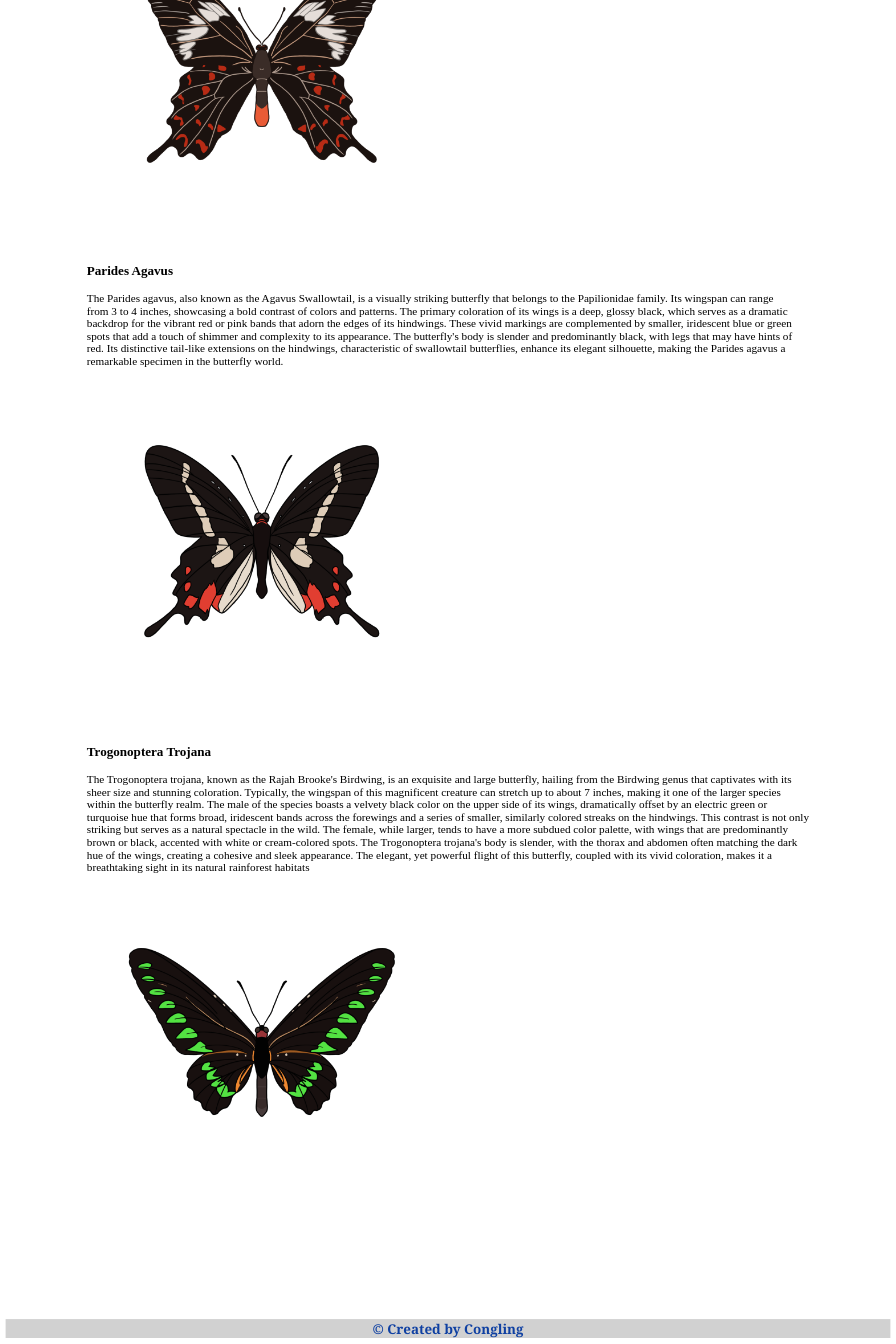
Repository: MeowCeline00/assessment-2
Page: /
These files come from the project's save history. The page is drawn as it stood at one moment and after the next save; the edit follows.
The browser window is 1280 px wide. The pictures show the part of the page from y = 3958 to 5878 px (the page is 5878 px tall), at 70% of full size.
The project was rebuilt for these pictures with package versions that can differ from the ones it lists, and the page was loaded fresh each time. The framework's server and built-in components were replaced by stand-ins that run in the browser. Also part of the build but not shown: next.config.mjs.

Above is the page before, as saved 2024-02-07 23:30:44.

### pages/index.js
import Head from "next/head";
import { useState } from "react";
import styles from "@/styles/Home.module.css";
import Header from "@/Components/Header";
import Footer from "@/Components/Footer";
import Contents from "@/Components/Contents";


export default function Home() {

  // Butterfly Patterns
  const classFilters = {
    //key : value
    1: 'Agrias Aedon Hewitson',
    2: 'Danaus Plexippus',
    4: 'Morpho Peleides',
    8: 'Ornithoptera Goliath',
    16: 'Pachliopta Hector',
    32: 'Parides Agavus',
    64: 'Trogonoptera Trojana'
  }

  const [input, setInput] = useState();
                                    // 3
                                    // 2 & 2 Remainder 1
                                    // 1 & 1 Remainder 0
                                    // 9
                                    // 8 & 8 Remainder 1
                                    // 1 & 1 Remainder 0
  const getClassStyle = flagValue => (input & flagValue) > 0 ? {backgroundColor: 'yellow'} : null;

  return (
    <>
      <Head>
        <title>General View of Butterfly Wing Patterns</title>
        <meta name="description" content="General View of Butterfly Wing Patterns" />
        <meta name="viewport" content="width=device-width, initial-scale=1" />
        <link rel="icon" href="/butt_favicon.ico" />
      </Head>
      <Header />
      <main className={`${styles.main}`}>
       <input
       id="input"
       type="text"
       placeholder='Bitmask Decimal'
       value={input}
       onChange={event => setInput(event.target.value)}
       />
       <table>
        <tbody>
          {
            Object.keys(classFilters).map(item => (
              <tr key={item} style={getClassStyle(item)}>
                <td>{item}</td>
                <td>{classFilters[item]}</td>
              </tr>
            ))
          }
        </tbody>
       </table>
       <Contents />
      </main>
      <Footer />
    </>
  );
}

### styles/globals.css
:root {
    --h1: rgb(15, 64, 162);
    --h2: rgb(203, 165, 27);
    --header-background: #d1d1d1;

}

### styles/Home.module.css
.main {
  display: flex;
  flex-direction: column;
  justify-content: space-between;
  align-items: center;
  padding: 6rem;
  min-height: 20vh;
}

### Components/Header/index.js
import Image from 'next/image';
import styles from './Header.module.css';

export default function Header() {
    return (
        <header className={styles.header}>
            <div className={styles.titleArea}>
                <h1> Colorful Butterflies</h1>
                <h2> A General Peek at Butterfly Wing Patterns</h2>
            </div>
            <div className={styles.logoArea}>
                <img src={"/logo.png"} alt="Butterfly Logo" width={350} />
            </div>
        </header>
    );
}

### Components/Footer/index.js
import styles from './Footer.module.css'


export default function Footer() {

    return(
        <footer className={styles.footer}>
            © Created by Congling
        </footer>
    )
}

### Components/Contents/index.js
import Image from 'next/image';
import styles from './Contents.module.css';

export default function Contents() {
    return (
        <contents className={styles.contents}>
            <div className={styles.projectDescription}>
            <h1>About</h1>
            <p>This project is my personal project, trying to explore different patterns for the wings of butterflies.
                On this occasion, I tried to draw several variety of Butterflies as referred to the original breed, including
               Agrias Aedon Hewitson, Danaus Plexippus, Morpho Peleides, Ornithoptera Goliath, Pachliopta Hector, Parides Agavus,
               and Trogonoptera Trojana.
            </p>
            </div>
            <div className={styles.butterflyPatterns}>
              <div className={styles.buttfly1}>
                <div className={styles.butterflyDes}>
                <h3>Agrias Aedon Hewitson</h3>
                <p>The species of the genus Agrias have, variously, very bright red, orange,
                    iridescent blue and yellow colouration contrasting on the black or bluish background of their upperside wing.
                    The underside wings are patterned. They have a robust appearance - broad thorax and short wide abdomen, allowing fast flight.
                    The wingspan is 70 to 120 mm. Males of all Agrias species have prominent yellow tufts of androconial scales on the hindwings.
                    These disperse pheromones for attracting suitable mates.</p>
                </div>
                <div className={styles.butterfly1Pic}>
                <img src={"/agrias_aedon_hewitson.png"} alt="Agrias Aedon Hewitson" width={500} />
                </div>
                </div>
                <div className={styles.buttfly2}>
                <div className={styles.butterflyDes}>
                <h3>Danaus Plexippus</h3>
                <p>Monarch butterflies are well-known for their appearance.
                Adult monarch butterflies possess two pairs of brilliant orange-red wings,
                featuring black veins and white spots along the edges. The males possess distinguishing
                black dots along the veins of their wings. Their orange color alerts predators to stay away.
                <br />
                As caterpillars, Monarchs are striped with yellow, black and white bands.
                Monarch caterpillars have a set of antennae-like tentacles at each end of their body.
                They reach about two inches in length before metamorphosis. The monarch chrysalis,
                where the caterpillar undergoes metamorphosis into the winged adult butterfly,
                is seafoam green with tiny yellow spots along its edge.</p>
                </div>
                <div className={styles.butterfly2Pic}>
                <img src={"/Danaus_plexippus.png"} alt="Danaus Plexippus" width={500} />
                </div>
                </div>
                <div className={styles.buttfly3}>
                <div className={styles.butterflyDes}>
                <h3>Morpho Peleides</h3>
                <p>Morpho peleides is recognized by the iridescent blue coloration on the top side of the wings.
                    Conversely, the undersides of the wings are brown and have a cryptic coloration and pattern.
                    Large eyespots are present on the bottom side of the forewings and hindwings.
                    The number of forewing eyespots on each individual may vary.
                    This coloration serves as protection from predators by making the butterfly somewhat camouflaged in the forest,
                    and the eyespots can startle or intimidate potential predators.
                    They are large butterflies, with adult wingspan measuring 5-8 inches.</p>
                </div>
                <div className={styles.butterfly3Pic}>
                <img src={"/morpho_peleides.png"} alt="Morpho Peleides" width={500} />
                </div>
                </div>
                <div className={styles.buttfly4}>
                <div className={styles.butterflyDes}>
                <h3>Ornithoptera Goliath</h3>
                <p>Ornithoptera goliath has a wingspan up to 11 in. This makes it the world's second largest butterfly.
                    The African giant swallowtail reaches an almost equal wingspan.
                    <br />
                    Male. The Goliath birdwing's forewings are black. The costal edge is green and beyond the medium black bar
                    is a large green triangle which reaches the dorsum but not the black sternum. The underside is greenish yellow and greenish.
                    The veins are black and there is a black border. The outer cells have small black spots.
                    The hindwings are golden with a black edge bordered basally by a thin green line.
                    There are some green spots in the cells of the golden area. The underside is similar to the upperside,
                    but there is no black border. The edge is green. The spots in the cells of the golden area are black.
                    The abdomen is yellow with black-edged tergites. The head and thorax are black and the underside of the
                    thorax has tufts of red hair.
                    <br />
                    Female. The female is larger than the male and the basic colour is dark brown.
                    At the outer edge there is a postdiscal chain of white spots. In the discal cell there is a cluster of white spots,
                    sometimes shaped like an "E". The hindwings have a broad yellow postdiscal band with a chain of dark-brown spots in the cells.
                    The underside is very like the upper but the colours are stronger.</p>
                    </div>
                    <div className={styles.butterfly4Pic}>
                <img src={"/ornithoptera_goliath.png"} alt="Ornithoptera Goliath" width={500} />
                </div>
                </div>
                <div className={styles.buttfly5}>
                <div className={styles.butterflyDes}>
                <h3>Pachliopta Hector</h3>
                <p>The male's upperside is black. Forewing with a broad white interrupted band from the subcostal nervure
                    opposite the origin of veins 10 and 11, extended obliquely to the tornus, and a second short pre-apical similar band;
                    both bands composed of detached irregularly indented broad streaks in the interspaces.
                    Hindwing with a distal posteriorly strongly curved series of seven crimson spots followed by a subterminal series of
                    crimson lunules. Cilia black alternated with white. Underside: forewing dull brownish black, hindwing black;
                    markings as on the upperside, but the crimson spots and crescent-shaped markings on the hindwing larger.
                    Antennae, thorax and abdomen above at base, black; head and rest of the abdomen bright crimson; beneath:
                    iho palpi, the sides of the thorax and abdomen crimson.
                    <br />
                    The female is similar, the discal series of spots and subterminal lunules much duller,
                    pale crimson sprinkled with black scales; in some specimens the anterior spots and lunules almost white barely
                    tinged with crimson; abdomen above with the black colour extended further towards the apex.
                    </p>
                    </div>
                    <div className={styles.butterfly5Pic}>
                <img src={"/pachliopta_hector.png"} alt="Pachliopta Hector" width={500} />
                </div>
                </div>
                <div className={styles.buttfly6}>
                <div className={styles.butterflyDes}>
                <h3>Parides Agavus</h3>
                <p>The Parides agavus, also known as the Agavus Swallowtail, is a visually striking butterfly that belongs
                    to the Papilionidae family. Its wingspan can range from 3 to 4 inches, showcasing a bold contrast of colors and patterns.
                    The primary coloration of its wings is a deep, glossy black, which serves as a dramatic backdrop for the vibrant
                    red or pink bands that adorn the edges of its hindwings. These vivid markings are complemented by smaller,
                    iridescent blue or green spots that add a touch of shimmer and complexity to its appearance.
                    The butterfly's body is slender and predominantly black, with legs that may have hints of red.
                    Its distinctive tail-like extensions on the hindwings, characteristic of swallowtail butterflies,
                    enhance its elegant silhouette, making the Parides agavus a remarkable specimen in the butterfly world.</p>
                </div>
                <div className={styles.butterfly6Pic}>
                <img src={"/parides_agavus.png"} alt="Parides Agavus" width={500} />
                </div>
                </div>
                <div className={styles.buttfly7}>
                <div className={styles.butterfly7Des}>
                <h3>Trogonoptera Trojana</h3>
                <p>
                    The Trogonoptera trojana, known as the Rajah Brooke's Birdwing, is an exquisite and large butterfly,
                    hailing from the Birdwing genus that captivates with its sheer size and stunning coloration.
                    Typically, the wingspan of this magnificent creature can stretch up to about 7 inches,
                    making it one of the larger species within the butterfly realm. The male of the species boasts a velvety black color
                    on the upper side of its wings, dramatically offset by an electric green or turquoise hue that forms broad,
                    iridescent bands across the forewings and a series of smaller, similarly colored streaks on the hindwings.
                    This contrast is not only striking but serves as a natural spectacle in the wild. The female, while larger,
                    tends to have a more subdued color palette, with wings that are predominantly brown or black,
                    accented with white or cream-colored spots. The Trogonoptera trojana's body is slender,
                    with the thorax and abdomen often matching the dark hue of the wings, creating a cohesive and sleek appearance.
                    The elegant, yet powerful flight of this butterfly, coupled with its vivid coloration,
                    makes it a breathtaking sight in its natural rainforest habitats</p>
                    </div>
                    <div className={styles.butterfly7Pic}>
                <img src={"/trogonoptera_trojana.png"} alt="Trogonoptera Trojana" width={500} />
                </div>
                </div>
            </div>
        </contents>
    );
}

### Components/Header/Header.module.css
.header {
    display: flex;
    justify-content: space-between;
    align-items: center;
    padding: 20px;
    background-color: var(--header-background);
}

.titleArea {
    display: flex;
    flex-direction: column;
    padding-left: 20%;
}

.titleArea h1 {
    color: var(--h1);
    font-size: xx-large;
    font-family: Impact, Haettenschweiler, 'Arial Narrow Bold', sans-serif;
}

.titleArea h2 {
    color: var(--h2);
    font-family: 'Franklin Gothic Medium', 'Arial Narrow', Arial, sans-serif;
}

.logoArea {
  display: flex;
  padding-right: 20%;
}

### Components/Footer/Footer.module.css
.footer{
    text-align: center;
    font-weight: bold;
    font-family: Georgia, 'Times New Roman', Times, serif;
    font-size: larger;
    background-color: var(--header-background);
    color: var(--h1);
}

### Components/Contents/Contents.module.css
.contents {
    display: flex;
    flex-direction: column;
    margin: 20px;
}

.projectDescription {
    margin-bottom: 20px;
}

.butterflyPatterns {
    display: flex;
    flex-direction: column;
}

.butterflyPattern {
    display: flex;
    justify-content: space-between;
    align-items: center;
    margin-bottom: 20px;
}

.butterflyDes {
    flex: 1; /* Assigns 50% of the space to the description */
    padding-right: 20px; /* Adds some space between the text and the image */
}

.butterflyPic {
    flex: 1; /* Assigns 50% of the space to the picture */
    display: flex;
    justify-content: flex-start; /* Aligns the image to the start of the flex item */
}

.butterflyPic img {
    width: 100%; /* Full width of the flex item */
    height: auto; /* Keeps the aspect ratio of the image */
}

Loaded but not shown: pages/_app.js (common file); pages/_document.js (common file); pages/api/hello.js (common file)

After the next save:
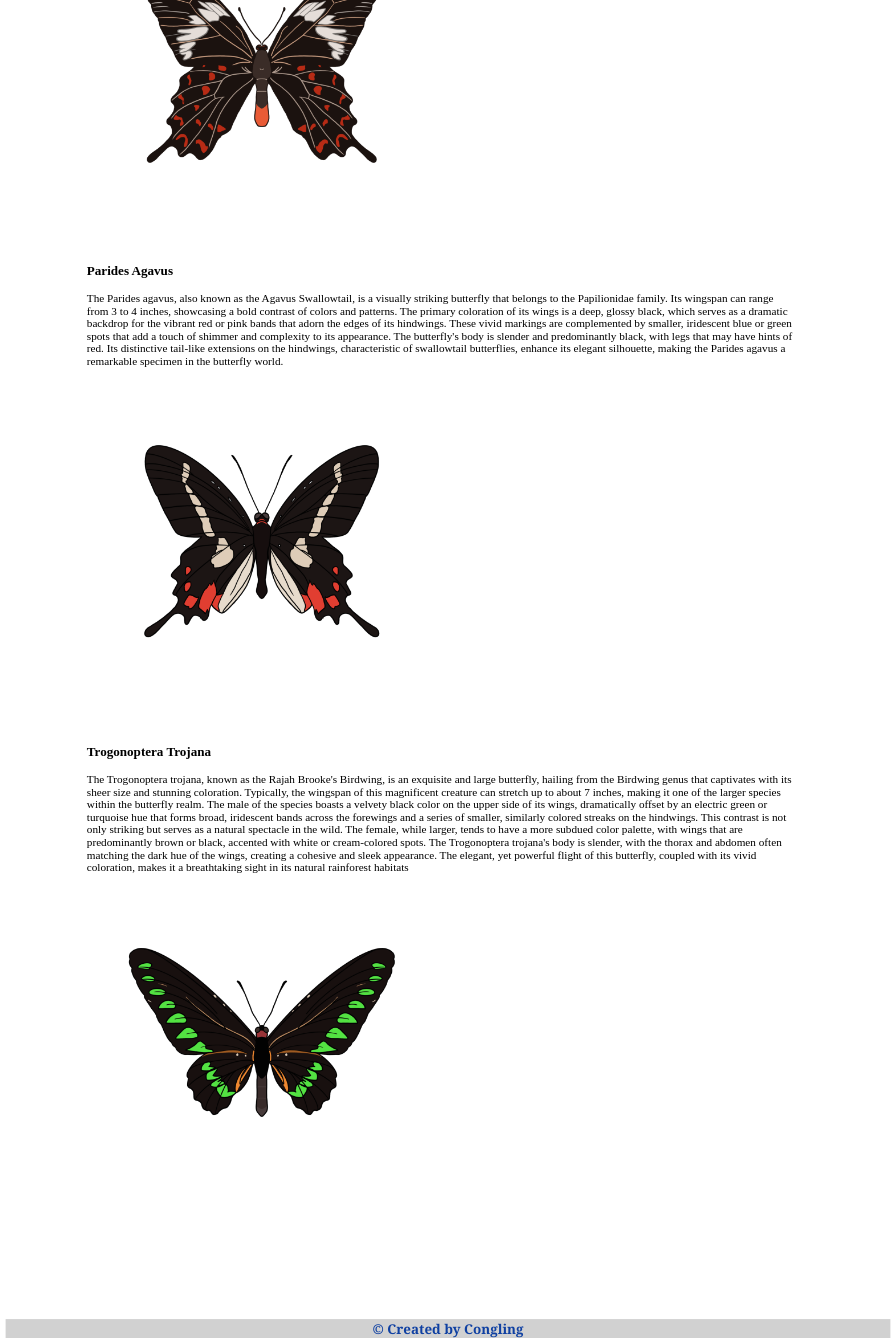
Saved 8 s later.
--- a/Components/Contents/index.js
+++ b/Components/Contents/index.js
@@ -121,7 +121,7 @@ export default function Contents() {
                 </div>
                 </div>
                 <div className={styles.buttfly7}>
-                <div className={styles.butterfly7Des}>
+                <div className={styles.butterflyDes}>
                 <h3>Trogonoptera Trojana</h3>
                 <p>
                     The Trogonoptera trojana, known as the Rajah Brooke's Birdwing, is an exquisite and large butterfly,
